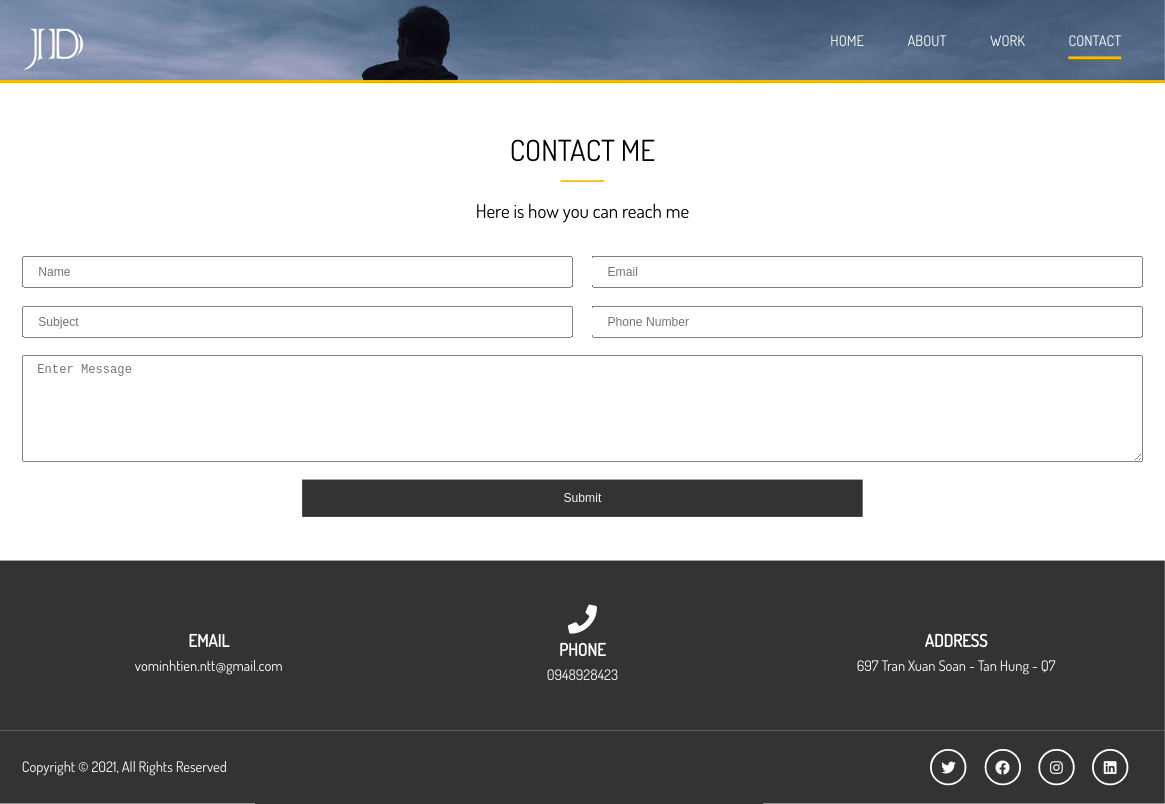
Repository: minhtien9/Portfolio_Website
Page: diet/contact.html
An editor plug-in stored every save of this project. The page is shown before and after the next save, followed by the edit.
The browser window is 1280 px wide. The pictures show the whole page, at 91% of full size.

Above is the page before, as saved 2021-08-29 19:56:33.

After the next save:
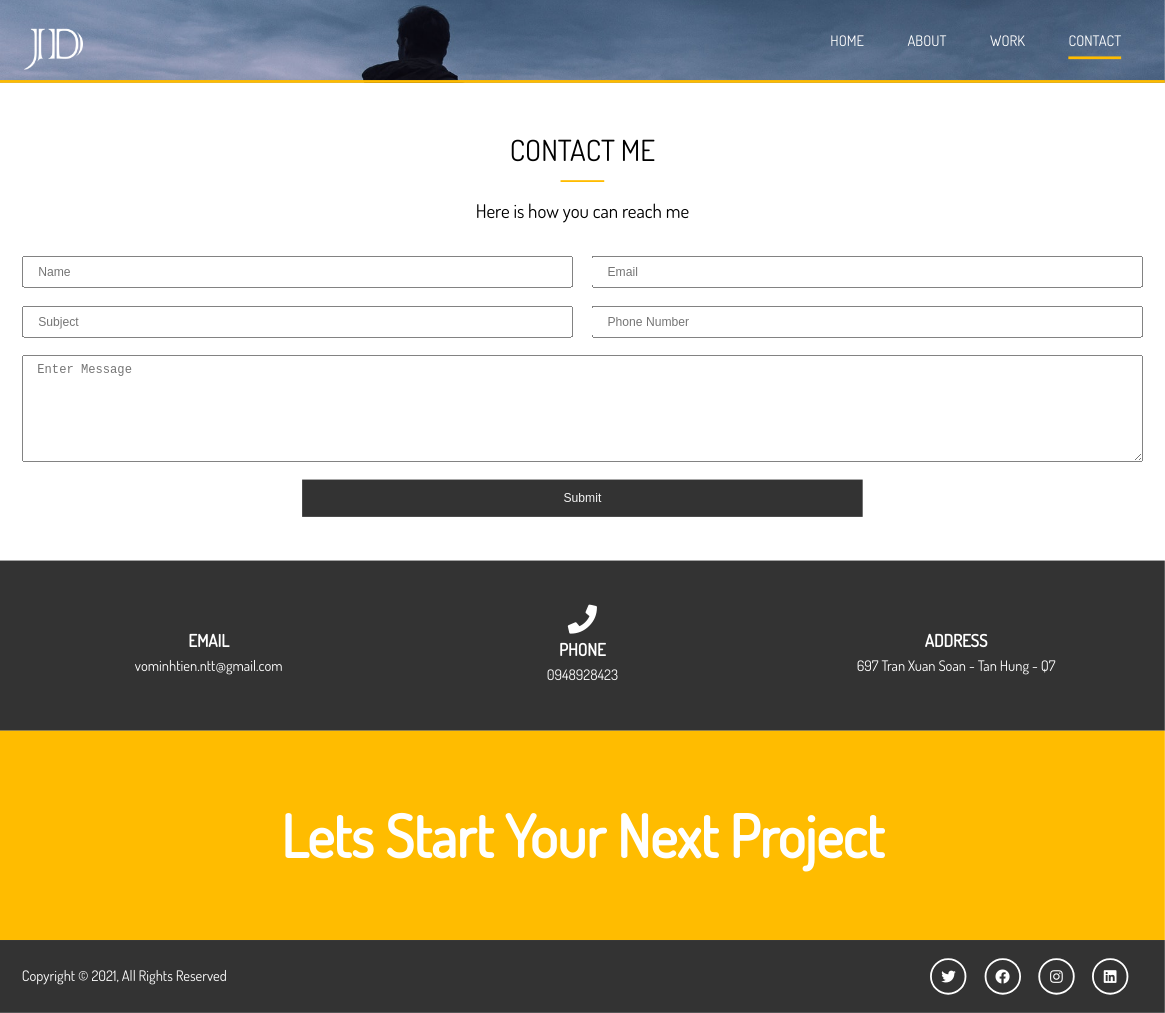
Saved 45 s later.
--- a/diet/contact.html
+++ b/diet/contact.html
@@ -95,6 +95,11 @@
       </div>
     </section>
 
+    <!-- Section C: Tagline -->
+    <section id="contact-c" class="bg-main py-4">
+      <h1>Lets Start Your Next Project</h1>
+    </section>
+
     <!-- Footer -->
     <footer id="main-footer">
       <div class="footer-content container">
